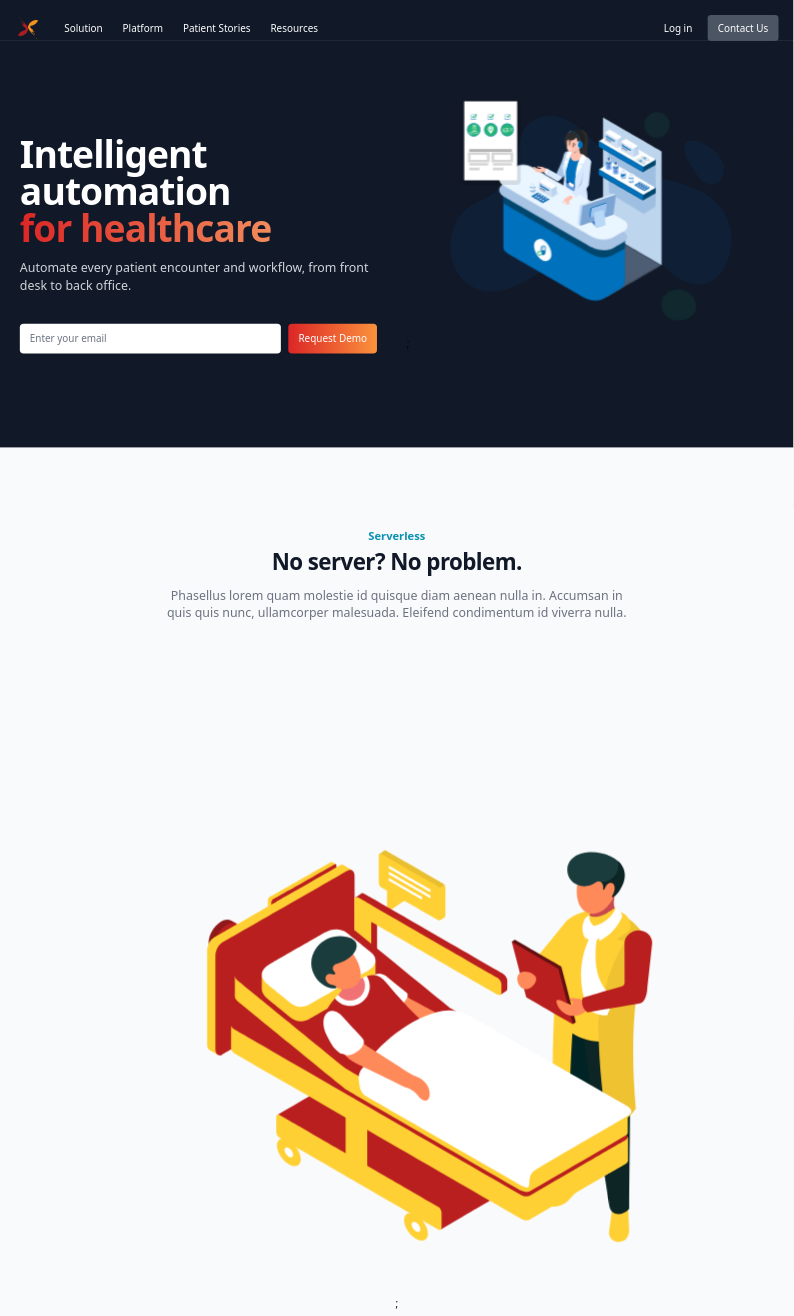
Repository: VinceBrun/medical-web3-app
Page: /
An editor plug-in stored every save of this project. The page is shown before and after the next save, followed by the edit.
The browser window is 1280 px wide. The pictures show the whole page, at 62% of full size.
The project was rebuilt for these pictures with package versions that can differ from the ones it lists, and the page was loaded fresh each time. The framework's server and built-in components were replaced by stand-ins that run in the browser. Also part of the build but not shown: next.config.js, styles/Home.module.css.

Above is the page before, as saved 2023-01-12 16:37:00.

After the next save:
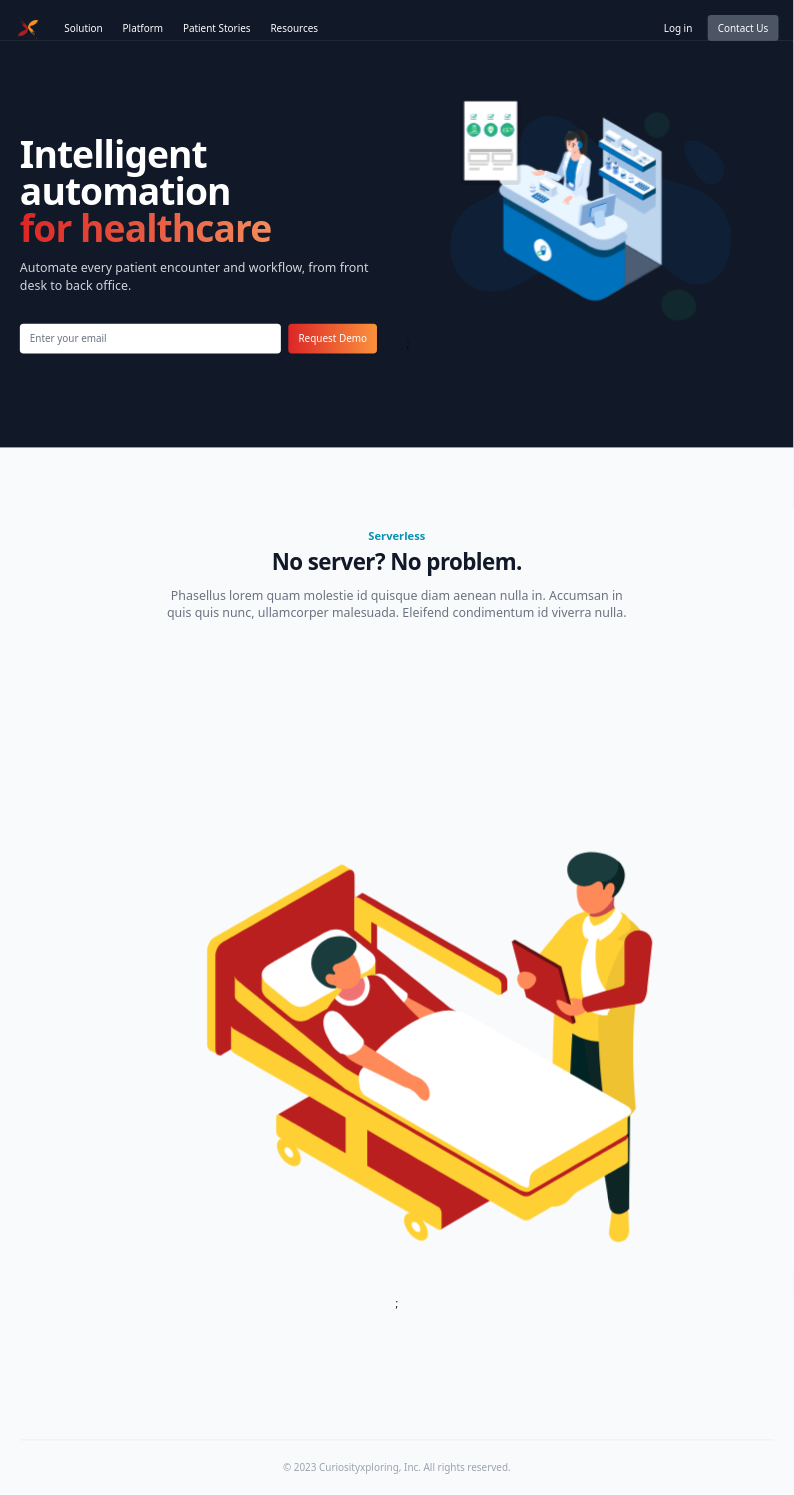
Saved 16 s later.
--- a/components/Landing.jsx
+++ b/components/Landing.jsx
@@ -408,7 +408,7 @@ export default function Landing() {
                   condimentum id viverra nulla.
                 </p>
               </div>
-              <div className=" p-32 sm:-mb-24 lg:-mb-80">
+              <div className=" p-32 sm:-mb-24 lg:-mb-8">
                 <Lottie animationData={medicalpatient} loop={true} />;
               </div>
             </div>
